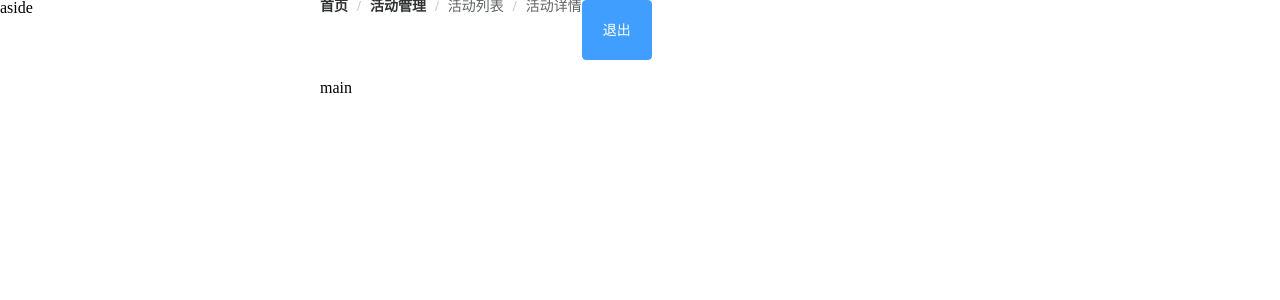
Repository: code1379/vue2-element
Page: /#/ (app in element-admin/)
The author's editor kept a copy of each file at every save. The page is drawn from the files as they stood at one save, then again after the next save.
The browser window is 1280 px wide. The pictures show the whole page.
The project was rebuilt for these pictures with package versions that can differ from the ones it lists, and the page was loaded fresh each time. Also part of the build but not shown: element-admin/vue.config.js.

Above is the page before, as saved 2021-06-14 22:09:39.

After the next save:
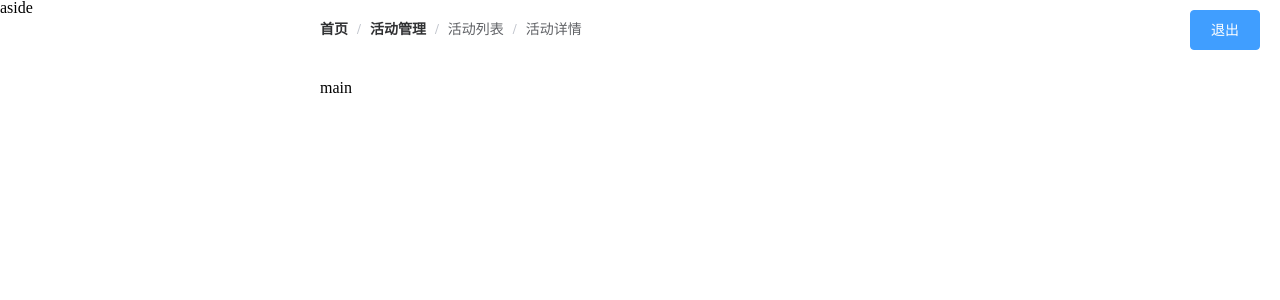
Saved 15 s later.
--- a/element-admin/src/views/home/Home.vue
+++ b/element-admin/src/views/home/Home.vue
@@ -30,5 +30,7 @@ export default {
 }
 .header {
   display: flex;
+  justify-content: space-between;
+  align-items: center;
 }
 </style>
